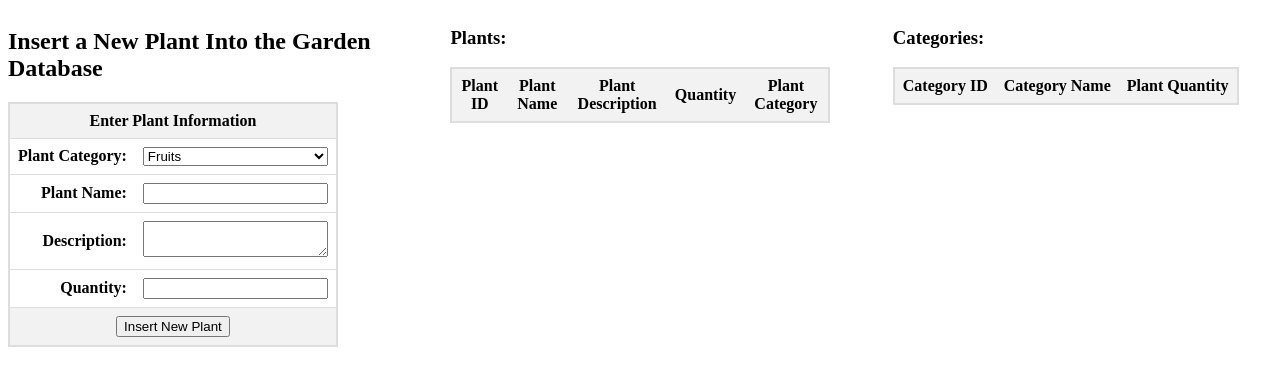
Repository: bkyncl/csd-430
Page: http://localhost/kyncl_08/form.jsp
The author's editor kept a copy of each file at every save. The page is drawn from the files as they stood at one save, then again after the next save.
The browser window is 1280 px wide. The pictures show the whole page.
The page is served by Tomcat 9. Other server files are loaded and not shown. The template is opened directly, without the code that normally fills it, so the values that code supplies are empty.

Above is the page before, as saved 2023-07-04 08:59:50.

### kyncl_08/src/main/webapp/form.jsp
<%@ page language="java" contentType="text/html; charset=ISO-8859-1"
    pageEncoding="ISO-8859-1"%>
<%@ taglib prefix="c" uri="http://java.sun.com/jsp/jstl/core" %>
<!DOCTYPE html>
<html>
<head>
<meta charset="ISO-8859-1">
<title>Insert Records Form</title>
<style>
    table {
        border-collapse: collapse;
        border: 2px solid #ddd;
    }
    th, td {
        padding: 8px;
        text-align: left;
        border-bottom: 1px solid #ddd;
    }
    th {
        background-color: #f2f2f2;
        text-align: center;
    }
    td.label-cell {
        text-align: right;
        font-weight: bold;
    }
    input[type="text"],
    input[type="number"],
    textarea,
    select {
        width: 100%;
        box-sizing: border-box;
    }
    #button-container {
        text-align: center;
        background-color: #f2f2f2;
    }
    #button {
        display: inline-block;
    }
    .form-container {
	    display: flex;
	    flex-direction: row;
	    justify-content: space-between;
	}

	.form-container > div {
	    width: 30%;
	}
</style>
</head>
<body>
<div class="form-container">
	<div>
		<h2>Insert a New Plant Into the Garden Database</h2>
		<form action="<%=request.getContextPath()%>/plants?action=insert" method="POST">
		    <table>
		        <tr>
		            <th colspan="3">Enter Plant Information</th>
		        </tr>
		        <tr>
		            <td class="label-cell">
		                <label for="categoryId">Plant Category:</label>
		            </td>
		            <td colspan="2">
		                <select name="categoryId" id="category">
		                    <option value="1">Fruits</option>
		                    <option value="2">Vegetables</option>
		                    <option value="3">Herbs</option>
		                </select>
		            </td>
		        </tr>
		        <tr>
		            <td class="label-cell">
		                <label for="name">Plant Name:</label>
		            </td>
		            <td colspan="2">
		                <input type="text" name="plantName" id="name" required maxlength="50">
		            </td>
		        </tr>
		        <tr>
		            <td class="label-cell">
		                <label for="description">Description:</label>
		            </td>
		            <td colspan="2">
		                <textarea name=plantDescription id="description" maxlength="200"></textarea>
		            </td>
		        </tr>
		        <tr>
		            <td class="label-cell">
		                <label for="quantity">Quantity:</label>
		            </td>
		            <td colspan="2">
		                <input type="number" name="quantity" id="quantity" required pattern="[0-9]+">
		            </td>
		        </tr>
		        <tr>
		            <td colspan="3" id="button-container">
		            	<input type="hidden" name="action" value="result">
		                <input id="button" type="submit" value="Insert New Plant">
		            </td>
		        </tr>
		    </table>
		</form>
	</div>
	<div>
		<!-- Display the list of plants -->
	    <h3>Plants:</h3>
	    <table>
	        <tr>
	            <th>Plant ID</th>
	            <th>Plant Name</th>
	            <th>Plant Description</th>
	            <th>Quantity</th>
	            <th>Plant Category</th>
	        </tr>
	        <c:forEach var="plant" items="${plants}">
	            <tr>
	            	<td>${plant.plantId}</td>
	                <td>${plant.plantName}</td>
	                <td>${plant.plantDescription}</td>
	                <td>${plant.quantity}</td>
	                <td>
	                <c:forEach var="category" items="${categories}">
	                    <c:if test="${category.categoryId eq plant.categoryId}">
	                        ${category.categoryName}
	                    </c:if>
	                </c:forEach>
	            </td>
	            </tr>
	        </c:forEach>
	    </table>
	</div>
	<div>
		<h3>Categories:</h3>
		<table>
		    <tr>
		        <th>Category ID</th>
		        <th>Category Name</th>
		        <th>Plant Quantity</th>
		    </tr>
		    <c:forEach var="category" items="${categories}">
		        <tr>
		            <td>${category.categoryId}</td>
		            <td>${category.categoryName}</td>
		            <td>${category.plantCount}</td>
		        </tr>
		    </c:forEach>
		</table>
	</div>
</div>
</body>
</html>

After the next save:
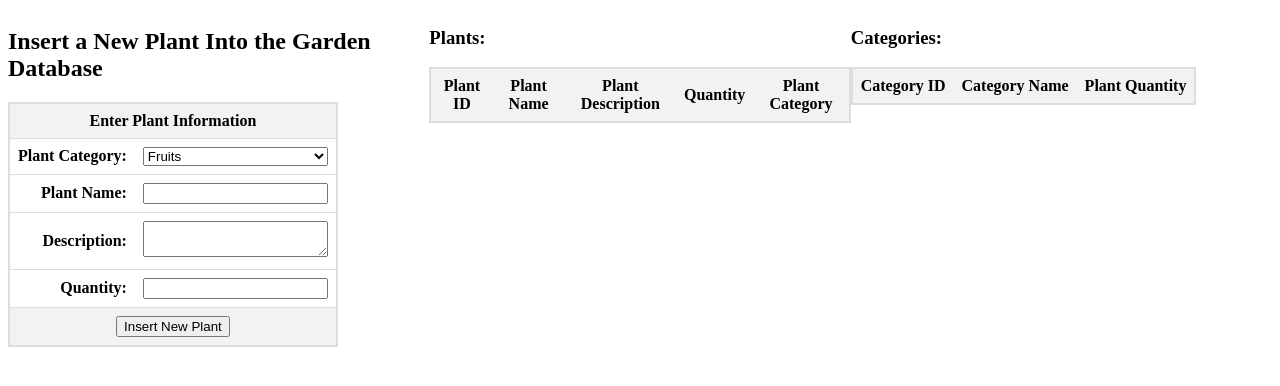
Saved 109 s later.
--- a/kyncl_08/src/main/webapp/form.jsp
+++ b/kyncl_08/src/main/webapp/form.jsp
@@ -39,14 +39,19 @@
         display: inline-block;
     }
     .form-container {
-	    display: flex;
-	    flex-direction: row;
-	    justify-content: space-between;
-	}
+        display: flex;
+        flex-wrap: wrap;
+    }
 
-	.form-container > div {
-	    width: 30%;
-	}
+    .form-container > div {
+        flex: 1 1 100%;
+    }
+
+    @media screen and (min-width: 768px) {
+        .form-container > div {
+            flex: 1 1 30%;
+        }
+    }
 </style>
 </head>
 <body>
